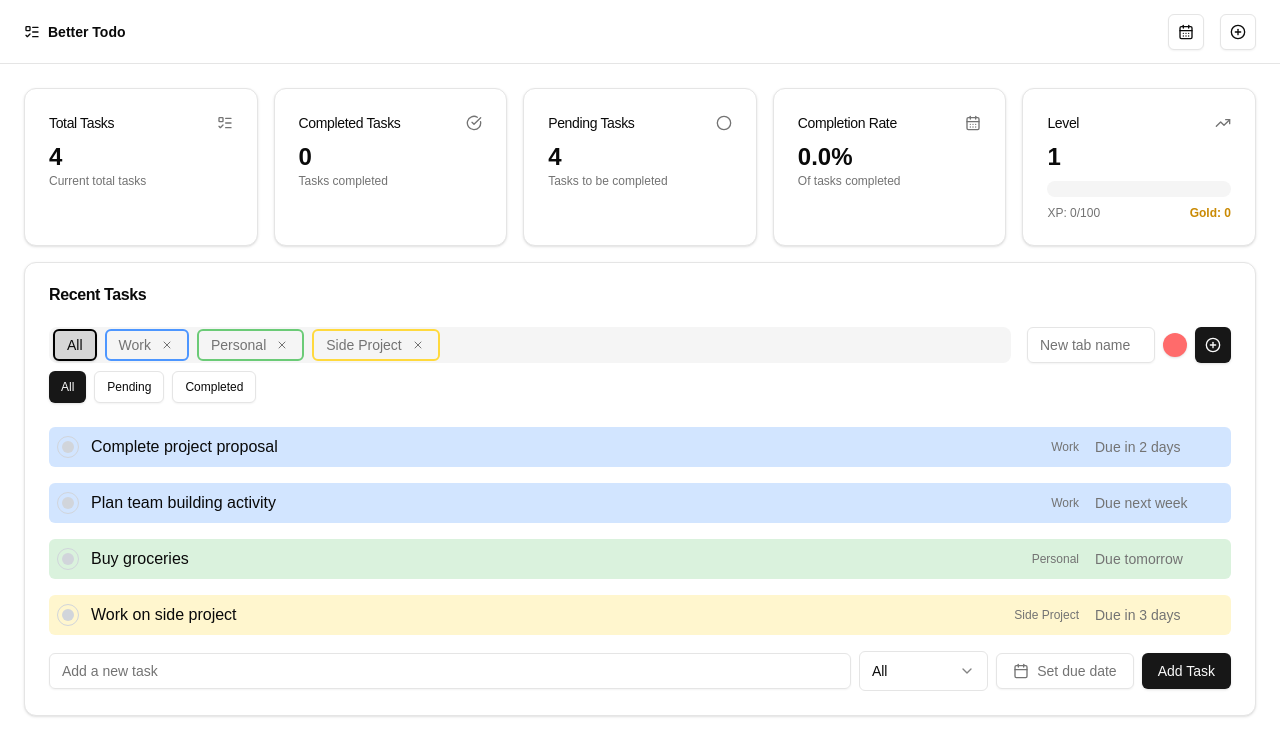
Repository: malikbarbier7/better-todo
Page: /dashboard
An editor plug-in stored every save of this project. The page is shown before and after the next save, followed by the edit.
The browser window is 1280 px wide. The pictures show the whole page.
The project was rebuilt for these pictures with package versions that can differ from the ones it lists, and the page was loaded fresh each time. The framework's server and built-in components were replaced by stand-ins that run in the browser. Also part of the build but not shown: next.config.js, next.config.mjs, components/ui/calendar.tsx.

Above is the page before, as saved 2024-10-04 14:41:08.

After the next save:
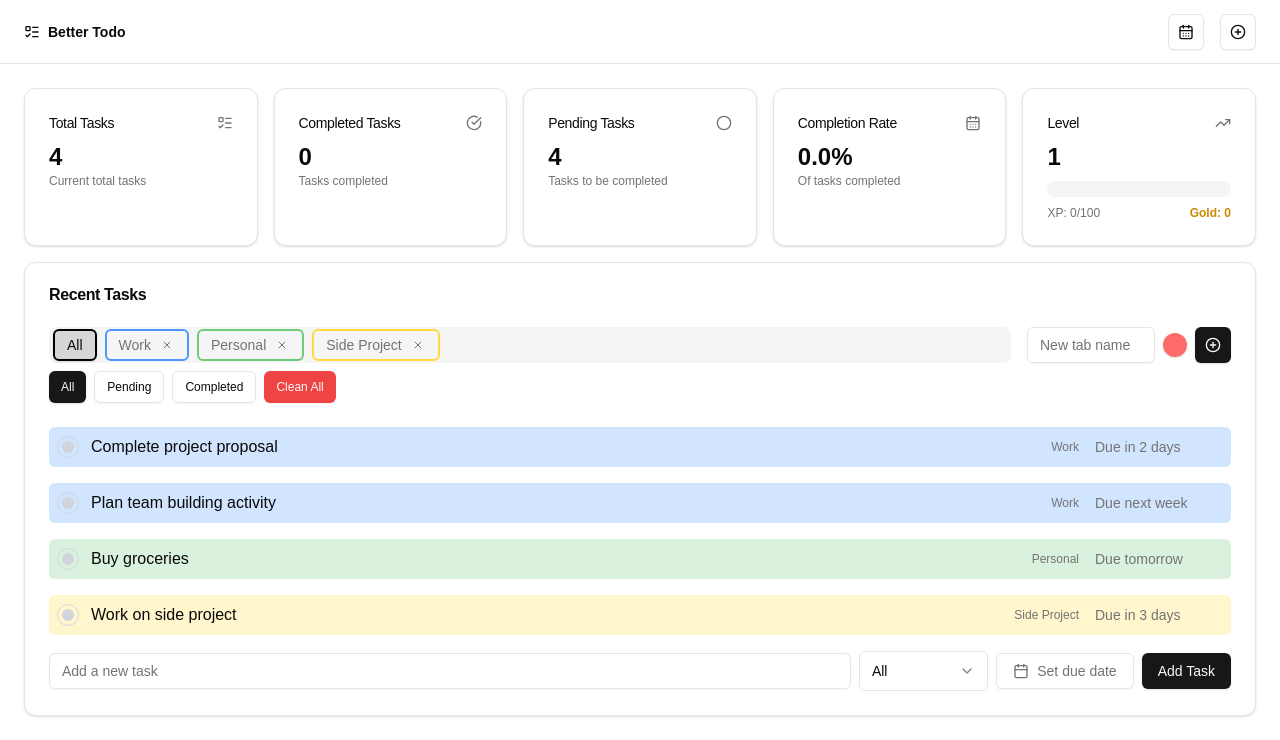
Saved 3 min 16 s later.
--- a/components/dashboard.tsx
+++ b/components/dashboard.tsx
@@ -73,6 +73,7 @@ export function Dashboard() {
   const [newTabColor, setNewTabColor] = React.useState(pasteColors[0])
   const [isColorPickerOpen, setIsColorPickerOpen] = React.useState(false)
   const [selectedTab, setSelectedTab] = React.useState<string | null>(null);
+  const [deletedTasks, setDeletedTasks] = React.useState<Array<any>>([]);
 
   const handleAddTab = () => {
     if (newTabName && !tabs.some(tab => tab.name === newTabName)) {
@@ -224,6 +225,18 @@ export function Dashboard() {
       );
       setIsColorPickerOpen(false);
     }
+  };
+
+  const handleCleanCompleted = () => {
+    setTasks(prevTasks => {
+      const updatedTasks = { ...prevTasks };
+      for (const category in updatedTasks) {
+        const completedTasks = updatedTasks[category].filter(task => task.status === 'completed');
+        setDeletedTasks(prev => [...prev, ...completedTasks]);
+        updatedTasks[category] = updatedTasks[category].filter(task => task.status !== 'completed');
+      }
+      return updatedTasks;
+    });
   };
 
   return (
@@ -415,6 +428,13 @@ export function Dashboard() {
                       >
                         Completed
                       </Button>
+                      <Button
+                        size="sm"
+                        variant="destructive"
+                        onClick={handleCleanCompleted}
+                      >
+                        Clean All
+                      </Button>
                     </div>
                   </div>
                 </div>
